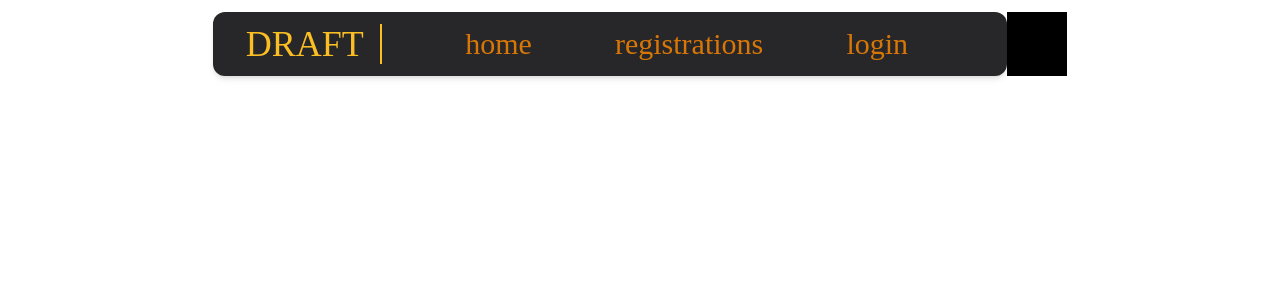
Repository: MehediMim/LeagueCrafter--Online-Auction-Platform-Project
Page: / (app in my-app/)
The author's editor kept a copy of each file at every save. The page is drawn from the files as they stood at one save, then again after the next save.
The browser window is 1280 px wide. The pictures show the whole page.
Some web fonts or font styles are not loaded; a fallback is used. The project was rebuilt for these pictures with package versions that can differ from the ones it lists, and the page was loaded fresh each time. Also part of the build but not shown: my-app/vite.config.js, my-app/src/pages/Dashboard.jsx, my-app/src/pages/Login.jsx.

Above is the page before, as saved 2025-05-25 01:35:15.

After the next save:
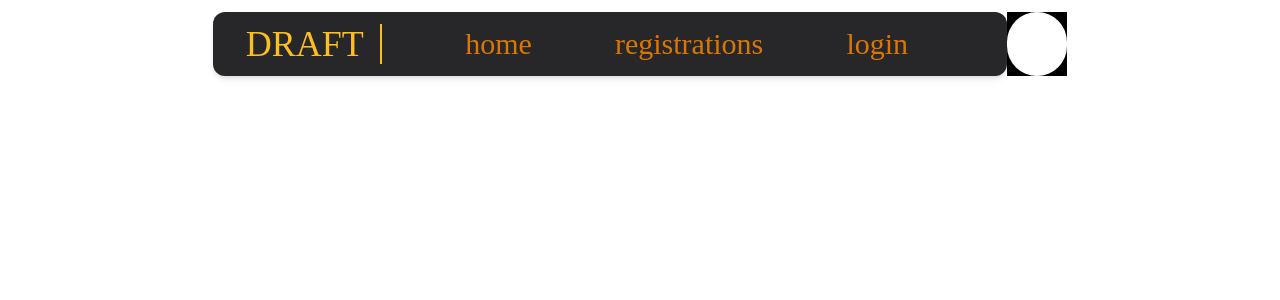
Saved 6 s later.
--- a/my-app/src/components/Navbar.jsx
+++ b/my-app/src/components/Navbar.jsx
@@ -23,7 +23,7 @@ export default function Navbar(params) {
           {/* </div> */}
         </div>
         <div className=" h-16 w-16 bg-black">
-          <div className="rounded-full bg-white">
+          <div className="rounded-full bg-white h-full">
 
           </div>
         </div>
